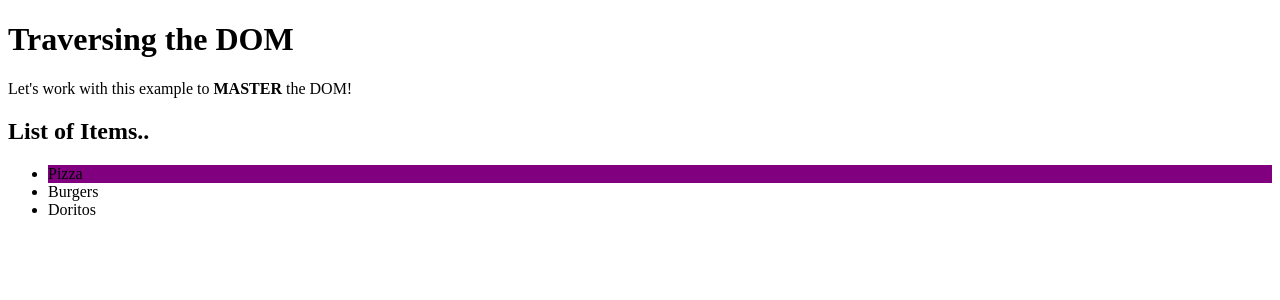
Repository: glgeorgiou/100-days-of-code-projects
Page: DOM Testing/2.html
The author's editor kept a copy of each file at every save. The page is drawn from the files as they stood at one save, then again after the next save.
The browser window is 1280 px wide. The pictures show the whole page.

Above is the page before, as saved 2020-04-14 15:59:28.

### DOM Testing/2.html
<!DOCTYPE html>
<html>
<head>
  <title>Traversing the DOM</title>
</head>
<body>
  <h1>Traversing the DOM</h1>
  <p>Let's work with this example to <strong>MASTER</strong> the DOM!</p>
  <h2>List of Items..</h2>
  <ul>
    <li>Pizza</li>
    <li>Burgers</li>
    <li>Doritos</li>
  </ul>
</body>
<script src="2.js"></script>
</html>

### DOM Testing/2.js
const h1 = document.getElementsByTagName('h1')[0];
const p = document.getElementsByTagName('p')[0];
const ul = document.getElementsByTagName('ul')[0];

//Parent node
console.log('Parent Node of h1 ')
console.log(h1.parentNode)

console.log('Parent Node of parent node of h1 ')
console.log(h1.parentNode.parentNode)


//Child nodes
console.log('Child Nodes of ul ')
console.log(ul.childNodes)


//Child elements of ul
ul.firstElementChild.style.background = 'purple'
//or
ul.children[0].style.background = 'purple'

//Difference between children and childNodes
console.log('Children of the p tag: child tags only')
console.log(p.children)
console.log('ChildNodes of the p tag: every child element of the p tag.')
console.log(p.childNodes)

After the next save:
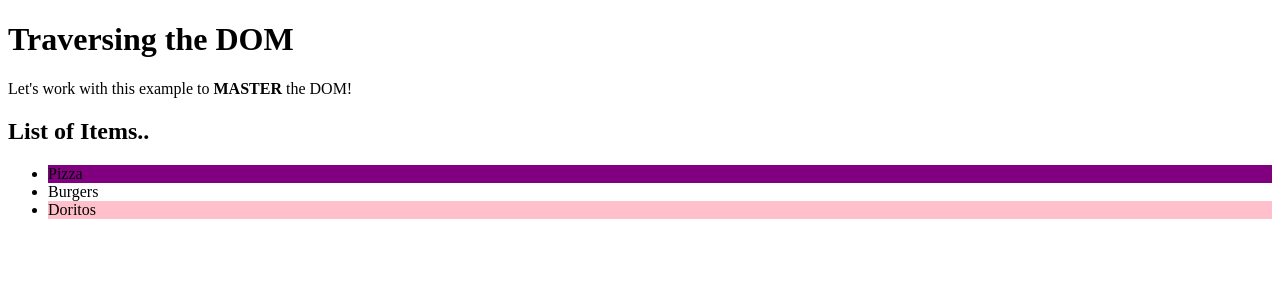
Saved 109 s later.
--- a/DOM Testing/2.js
+++ b/DOM Testing/2.js
@@ -20,8 +20,10 @@
 //or
 ul.children[0].style.background = 'purple'
 
+
 //Difference between children and childNodes
 console.log('Children of the p tag: child tags only')
 console.log(p.children)
 console.log('ChildNodes of the p tag: every child element of the p tag.')
 console.log(p.childNodes)
+document.body.children[3].lastElementChild.style.background = 'pink';
